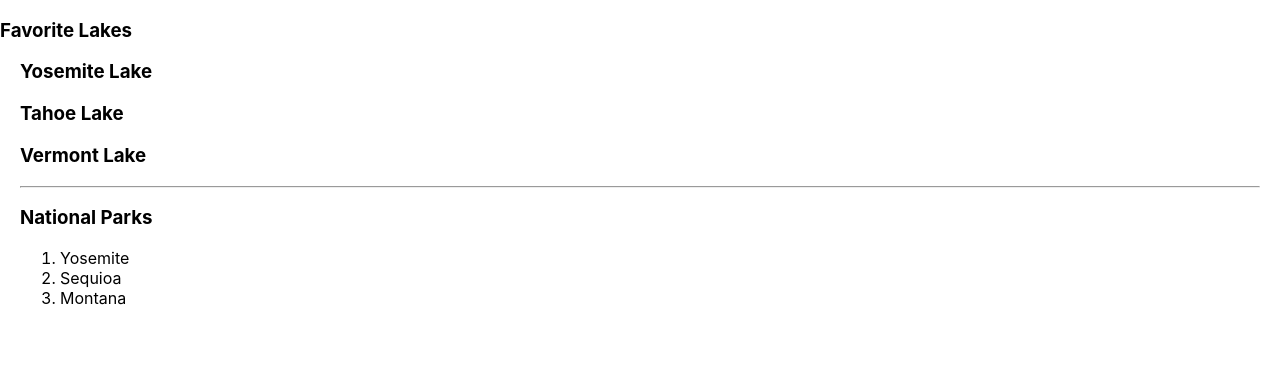
Repository: CaptainStorm21/intro-react-hooks
Page: /
These files come from the project's save history. The page is drawn as it stood at one moment and after the next save; the edit follows.
The browser window is 1280 px wide. The pictures show the whole page.
The project was rebuilt for these pictures with package versions that can differ from the ones it lists, and the page was loaded fresh each time.

Above is the page before, as saved 2020-05-25 22:25:06.

After the next save:
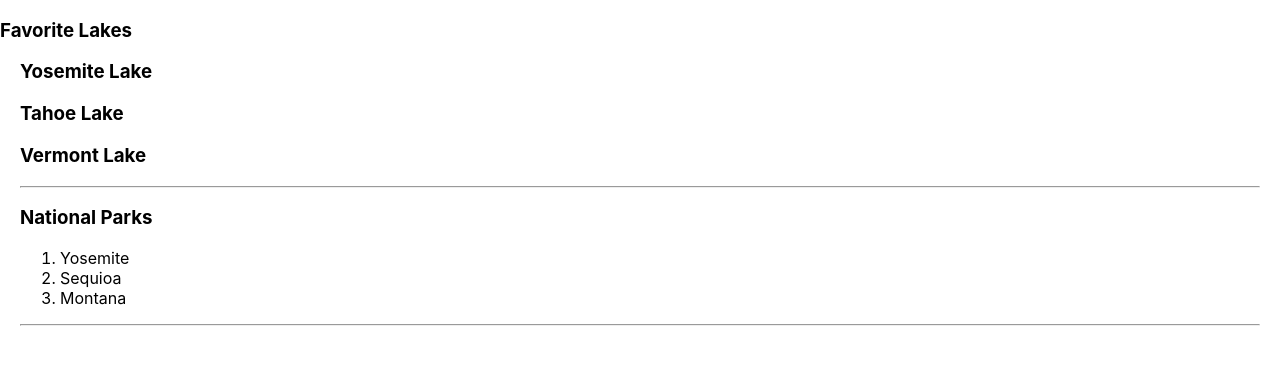
Saved 24 h 20 min later.
--- a/src/index.js
+++ b/src/index.js
@@ -49,7 +49,8 @@ function App(props) {
           {props.parks.map(park => (
             <li>{park}</li>
           ))}
-      </ol>
+        </ol>
+        <hr></hr>
       </div>
     </div>
   );
